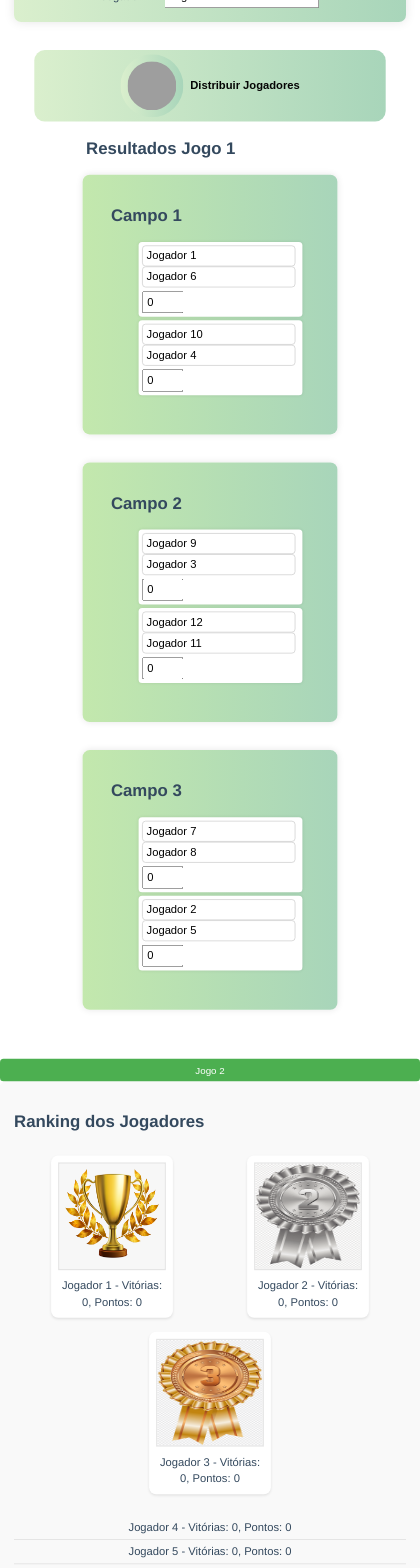
Repository: MarcioMiguel22/PadelMaster
Page: /calculadora, after clicking the first element matching `button.DistributeButton_2b358_distributeButton`
These files come from the project's save history. The page is drawn as it stood at one moment and after the next save; the edit follows.
The browser window is 600 px wide. The pictures show the part of the page from y = 731 to 2971 px (the page is 3247 px tall before and 3355 px after), at 70% of full size.
Pictures or frames that could not be fetched are drawn as grey boxes. The project was rebuilt for these pictures with package versions that can differ from the ones it lists, and the page was loaded fresh each time. Also part of the build but not shown: vite.config.ts, src/pages/Home/Home.tsx, src/pages/Player/playerComponent.tsx, src/index.css.

Above is the page before, as saved 2024-06-16 11:32:08.

### src/main.tsx
///home/marciomiguel/code/MarcioMiguel22/Sites/PadelMaster/src/main.tsx
import { render } from 'react-dom';
import { StrictMode } from 'react';
import App from './App';
import './index.css';

const root = document.getElementById('root')!;
render(
  <StrictMode>
    <App />
  </StrictMode>,
  root
);

### src/App.tsx

///home/marciomiguel/code/MarcioMiguel22/Sites/PadelMaster/src/App.tsx

import { BrowserRouter, Routes, Route } from 'react-router-dom';
import Home from './pages/Home/Home';
import Calculadora from './pages/Calculadora/Calculadora';
import PlayerComponent from './pages/Player/playerComponent';
function App() {
  return (
    <BrowserRouter>
      <Routes>
        <Route path="/" element={<Home />} />
        <Route path="/calculadora" element={<Calculadora />} /> // Wrap Calculadora component with curly braces
        <Route path="/player-component" element={<PlayerComponent />} />
      </Routes>
    </BrowserRouter>
  );
}

export default App

### src/pages/Home/Home.module.css
.padel-container {
  text-align: center;
  background-color: white;
  padding: 20px;
  border-radius: 10px;
  box-shadow: 0 0 10px rgba(0, 0, 0, 0.1);
}

h1 {
  color: #333;
  margin-bottom: 20px;
}

.padel-image {
  max-width: 50%;
  height: auto;
  border-radius: 10px;
  margin-bottom: 20px;
}

.enter-button {
  background-image: url('../../assets/images/tennis-ball.png'); /* Ensure the path is correct */
  background-size: cover;
  background-position: center;
  background-repeat: no-repeat;
  width: 60px;
  height: 60px;
  border: none;
  border-radius: 50%;
  cursor: pointer;
  padding: 0;
}

.enter-button:hover {
  transform: scale(1.1);
}

### src/pages/Calculadora/Calculadora.css
.calculadora-container {
  display: flex;
  flex-direction: column;
  align-items: center;
  gap: 20px;
}

.main-content {
  gap: 20px;
}

.jogadores-lista {
  background: linear-gradient(to right, #daefcd, #a8d5ba);
  display: flex;
  flex-direction: row;
  justify-content: center;
  flex-wrap: wrap;
  gap: 20px;
  width: 90%;
  max-width: 1100px;
  margin: 0 auto;
  padding: 50px;
  border-radius: 10px;
  box-shadow: 0 0 15px rgba(0, 0, 0, 0.1);
}

.jogadores-coluna {
  display: flex;
  flex-direction: column;
  align-items: center;
  gap: 10px;
}

.jogador-item {
  display: flex;
  align-items: center;
  margin-bottom: 10px;
}

.jogador-item label {
  margin-right: 10px;
}

.jogador-item input {
  padding: 5px;
  font-size: 16px;
}

.jogador-input {
  margin-right: 5px;
  padding: 5px;
  font-size: 16px;
  border: 1px solid #ccc;
  border-radius: 5px;
}

.distribute-button, .scroll-to-top {
  background-color: #4CAF50;
  color: white;
  padding: 10px 20px;
  border: none;
  border-radius: 5px;
  cursor: pointer;
  font-size: 16px;
  margin-top: 10px;
}

.distribute-button:hover, .scroll-to-top:hover {
  background-color: #45a049;
}

.fields-container {
  display: flex;
  flex-direction: column;
  align-items: center;
  margin-top: 20px;
}

.jogo {
  margin-bottom: 40px;
}

.campos {
  display: flex;
  justify-content: space-around;
}

.field {
  background: linear-gradient(to right, #c3e8ad, #a8d5ba);
  padding: 40px;
  border-radius: 10px;
  box-shadow: 0 0 10px rgba(0, 0, 0, 0.1);
  width: 30%;
}

.field h2 {
  margin-top: 0;
}

.team {
  list-style-type: none;
  padding: 5px;
  background-color: #fff;
  margin: 5px 0;
  border-radius: 5px;
  box-shadow: 0 0 5px rgba(0, 0, 0, 0.1);
  width: fit-content; /* Ajuste o valor conforme necessário */
}

.team.vencedor {
  background-color: #d4edda; /* Verde claro */
}

.team.perdedor {
  background-color: #f8d7da; /* Vermelho claro */
}

.team div {
  display: flex;
  align-items: center;
}

.team input.resultado-input {
  margin-left: 10px;
  width: 45px;
  padding: 5px;
  font-size: 16px;
}

.ranking-container {
  margin-top: 40px;
}

.ranking-container h2 {
  margin-bottom: 10px;
}

.ranking-container ul {
  list-style-type: none;
  padding: 0;
}

.ranking-container li {
  margin: 5px 0;
}



/* Media Queries para Mobile */
@media screen and (max-width: 767px) {
  .jogadores-lista {
    flex-direction: column;
    align-items: center;
    gap: 20px;
    padding: 10px;
  }

  .field {
    width: 80%;
    margin-bottom: 20px;
  }

  .campos {
    flex-direction: column;
    align-items: center;
    gap: 20px;
  }

  .distribute-button, .scroll-to-top {
    width: 100%;
    font-size: 14px;
    padding: 8px 16px;
  }

  .team div {
    flex-direction: column;
    align-items: flex-start;
  }

  .team input.resultado-input {
    margin-left: 0;
    margin-top: 5px;
  }
  .ranking-container {
    flex-flow: column;
    margin-top: 40px;
  }

  .ranking-container h2 {
    margin-bottom: 10px;
  }

  .ranking-container ul {
    list-style-type: none;
    padding: 0;
  }

  .ranking-container li {
    margin: 5px 0;
  }
}

/* Media Queries para Mobile */
@media screen and (max-width: 479px) {
  .jogadores-lista {
    flex-direction: column;
    align-items: center;
    gap: 20px;
    padding: 10px;
  }

  .field {
    width: 80%;
    margin-bottom: 20px;
  }

  .campos {
    flex-direction: column;
    align-items: center;
    gap: 20px;
  }

  .distribute-button, .scroll-to-top {
    width: 100%;
    font-size: 14px;
    padding: 8px 16px;
  }

  .team div {
    flex-direction: column;
    align-items: flex-start;
  }

  .team input.resultado-input {
    margin-left: 0;
    margin-top: 5px;
  }
  .ranking-container {
    flex-flow: column;
    margin-top: 40px;
  }

  .ranking-container h2 {
    margin-bottom: 10px;
  }

  .ranking-container ul {
    list-style-type: none;
    padding: 0;
  }

  .ranking-container li {
    margin: 5px 0;
  }
}

### src/components/components_calculadora/JogadoresLista.tsx
import React from 'react';
import JogadorItem from './JogadorItem';
import { Jogador } from '../../utils/types/types'; // Importando o tipo Jogador

interface JogadoresListaProps {
  jogadores: Jogador[];
  handleNomeChange: (id: number, novoNome: string) => void;
}

const JogadoresLista: React.FC<JogadoresListaProps> = ({ jogadores, handleNomeChange }) => (
  <div className="jogadores-lista">
    {Array.from({ length: 3 }, (_, i) => (
      <div className="jogadores-coluna" key={i}>
        {jogadores.slice(i * 4, (i + 1) * 4).map(jogador => (
          <JogadorItem
            key={jogador.id}
            jogador={jogador}
            handleNomeChange={handleNomeChange}
          />
        ))}
      </div>
    ))}
  </div>
);

export default JogadoresLista;

### src/components/components_calculadora/Jogo.tsx
import React from 'react';
import Campo from './Campo';
import { Campo as CampoType } from '../../utils/types/types'; // Importando o tipo Campo corretamente

interface JogoProps {
  jogo: CampoType[]; // Usando o tipo importado para definir a propriedade jogo
  jogoIndex: number;
  handleResultadoChange: (jogoIndex: number, campoId: number, timeIndex: number, novoResultado: number) => void;
  handleNomeEdit: (jogoIndex: number, campoId: number, timeIndex: number, jogadorIndex: number, novoNome: string) => void;
  getTeamClass: (campo: CampoType, timeIndex: number) => string;
}

const Jogo: React.FC<JogoProps> = ({ jogo, jogoIndex, handleResultadoChange, handleNomeEdit, getTeamClass }) => (
  <div className="jogo">
    <h2>Resultados Jogo {jogoIndex + 1}</h2>
    <div className="campos">
      {jogo.map(campo => (
        <Campo
          key={campo.id}
          campo={campo}
          jogoIndex={jogoIndex}
          handleResultadoChange={handleResultadoChange}
          handleNomeEdit={handleNomeEdit}
          getTeamClass={getTeamClass}
        />
      ))}
    </div>
  </div>
);

export default Jogo;

### src/components/components_calculadora/Ranking.tsx
import React from 'react';
import ouro from '../../assets/images/ouro.png';
import prata from '../../assets/images/prata.png';
import bronze from '../../assets/images/bronze.png';
import styles from './Ranking.module.css';

interface Jogador {
  id: number;
  nome: string;
  vitorias: number;
  pontos: number;
}

interface RankingProps {
  jogadoresClassificados: Jogador[];
}

const Ranking: React.FC<RankingProps> = ({ jogadoresClassificados }) => {
  const top3 = jogadoresClassificados.slice(0, 3);
  const outrosJogadores = jogadoresClassificados.slice(3);

  const medalhas = [ouro, prata, bronze];

  return (
    <div className={styles.rankingContainer}>
      <h2>Ranking dos Jogadores</h2>
      <div className={styles.top3Container}>
        {top3.map((jogador, index) => (
          <div key={jogador.id} className={styles.top3Item}>
            <img src={medalhas[index]} alt={`Medalha de ${index + 1}`} className={styles.medalha} />
            {jogador.nome} - Vitórias: {jogador.vitorias}, Pontos: {jogador.pontos}
          </div>
        ))}
      </div>
      <ul className={styles.outrosJogadores}>
        {outrosJogadores.map((jogador) => (
          <li key={jogador.id}>
            {jogador.nome} - Vitórias: {jogador.vitorias}, Pontos: {jogador.pontos}
          </li>
        ))}
      </ul>
    </div>
  );
};

export default Ranking;

### src/components/components_calculadora/logic/gameLogic.ts
import { Jogador, Campo as CampoType } from '../../../utils/types/types';

export const separarDuplas = (jogadores: Jogador[]): Jogador[] => {
  const separados: Jogador[] = [];
  while (jogadores.length) {
    const [jogador1, jogador2] = jogadores.splice(0, 2);
    separados.push(jogador1);
    if (jogador2) separados.push(jogador2);
  }
  return separados;
};

export const iniciarProximoJogo = (jogos: CampoType[][], setJogos: React.Dispatch<React.SetStateAction<CampoType[][]>>) => {
  const ultimoJogo = jogos[jogos.length - 1];
  const novosCampos: CampoType[] = [
    { id: 1, times: [] },
    { id: 2, times: [] },
    { id: 3, times: [] },
  ];

  const campo1 = ultimoJogo.find(campo => campo.id === 1);
  const campo2 = ultimoJogo.find(campo => campo.id === 2);
  const campo3 = ultimoJogo.find(campo => campo.id === 3);

  if (campo1 && campo2 && campo3) {
    const [time1Campo1, time2Campo1] = campo1.times;
    const [time1Campo2, time2Campo2] = campo2.times;
    const [time1Campo3, time2Campo3] = campo3.times;

    // Vencedores e perdedores dos campos
    const vencedoresCampo1 = time1Campo1.resultado > time2Campo1.resultado ? time1Campo1.jogadores : time2Campo1.jogadores;
    const perdedoresCampo1 = time1Campo1.resultado > time2Campo1.resultado ? time2Campo1.jogadores : time1Campo1.jogadores;

    const vencedoresCampo2 = time1Campo2.resultado > time2Campo2.resultado ? time1Campo2.jogadores : time2Campo2.jogadores;
    const perdedoresCampo2 = time1Campo2.resultado > time2Campo2.resultado ? time2Campo2.jogadores : time1Campo2.jogadores;

    const vencedoresCampo3 = time1Campo3.resultado > time2Campo3.resultado ? time1Campo3.jogadores : time2Campo3.jogadores;
    const perdedoresCampo3 = time1Campo3.resultado > time2Campo3.resultado ? time2Campo3.jogadores : time1Campo3.jogadores;

    // Atualizar pontuação dos jogadores
    const margemVitoriaCampo1 = Math.abs(time1Campo1.resultado - time2Campo1.resultado);
    const margemVitoriaCampo2 = Math.abs(time1Campo2.resultado - time2Campo2.resultado);
    const margemVitoriaCampo3 = Math.abs(time1Campo3.resultado - time2Campo3.resultado);

    vencedoresCampo1.forEach(jogador => {
      jogador.vitorias += 1;
      jogador.pontos += margemVitoriaCampo1;
    });

    vencedoresCampo2.forEach(jogador => {
      jogador.vitorias += 1;
      jogador.pontos += margemVitoriaCampo2;
    });

    vencedoresCampo3.forEach(jogador => {
      jogador.vitorias += 1;
      jogador.pontos += margemVitoriaCampo3;
    });

    // Campo 1: vencedores do campo 1 e vencedores do campo 2
    novosCampos[0].times.push(
      { jogadores: [vencedoresCampo1[0], vencedoresCampo2[0]], resultado: 0 },
      { jogadores: [vencedoresCampo1[1], vencedoresCampo2[1]], resultado: 0 }
    );

    // Campo 2: perdedores do campo 1 e vencedores do campo 3
    novosCampos[1].times.push(
      { jogadores: [perdedoresCampo1[0], vencedoresCampo3[0]], resultado: 0 },
      { jogadores: [perdedoresCampo1[1], vencedoresCampo3[1]], resultado: 0 }
    );

    // Campo 3: perdedores do campo 2 e perdedores do campo 3
    novosCampos[2].times.push(
      { jogadores: [perdedoresCampo2[0], perdedoresCampo3[0]], resultado: 0 },
      { jogadores: [perdedoresCampo2[1], perdedoresCampo3[1]], resultado: 0 }
    );
  }

  setJogos([...jogos, novosCampos]);
};

### src/components/components_calculadora/ScrollToTopButton.tsx
import React from 'react';
import tennisBall from '../../assets/images/tennis-ball.png';
import styles from './ScrollToTopButton.module.css'; // Importando o arquivo CSS Module

const ScrollToTopButton: React.FC = () => {
  const scrollToTop = () => {
    window.scrollTo({ top: 0, behavior: 'smooth' });
  };

  return (
    <button onClick={scrollToTop} className={styles.scrollToTop}>
      <img src={tennisBall} alt="Tennis Ball" className={styles.tennisBall} />
      <span className={styles.arrowUp}>↑</span>
    </button>
  );
};

export default ScrollToTopButton;

### src/components/components_calculadora/DistributeButton.tsx
import React from 'react';
import tennisBall from '../../assets/images/tennis-ball.png';
import styles from './DistributeButton.module.css'; // Importando o arquivo CSS Module

const DistributeButton: React.FC<{ onClick: () => void }> = ({ onClick }) => {
  return (
    <div className={styles.container}>
      <button onClick={onClick} className={styles.distributeButton}>
        <img src={tennisBall} alt="Tennis Ball" className={styles.tennisBall} />
        <span className={styles.label}>Distribuir Jogadores</span>
      </button>
    </div>
  );
};

export default DistributeButton;

### src/pages/Player/playerComponent.module.css
/* playerComponent.module.css */

/* Root Variables */
:root {
  --primary-color: #2c3e50;
  --secondary-color: #ecf0f1;
  --accent-color: #e74c3c;
  --text-color: #34495e;
  --background-color: #ffffff;
  --border-color: #bdc3c7;
  --link-color: #2980b9;
  --font-family: 'Helvetica Neue', Arial, sans-serif;
  --font-size: 16px;
  --line-height: 1.5;
}

body {
  font-family: var(--font-family);
  font-size: var(--font-size);
  line-height: var(--line-height);
  color: var(--text-color);
  background-color: var(--background-color);
  margin: 0;
  padding: 0;
}

.navigation-bar {
  background-color: var(--primary-color);
  color: var(--secondary-color);
  padding: 10px 0;
}

.container {
  width: 90%;
  max-width: 1200px;
  margin: 0 auto;
  display: flex;
  justify-content: space-between;
  align-items: center;
}

.nav-brand .site-name {
  font-size: 24px;
  font-weight: bold;
  color: var(--secondary-color);
}

.navigation-menu {
  display: flex;
  gap: 15px;
}

.navigation-link {
  color: var(--secondary-color);
  text-decoration: none;
  font-size: 18px;
}

.navigation-link:hover {
  color: var(--accent-color);
}

.menu-button .nav-icon-menu {
  width: 30px;
  height: 3px;
  background-color: var(--secondary-color);
  margin: 5px 0;
}

.content-wrapper {
  padding: 20px 0;
}

.row {
  display: flex;
}

.sidebar {
  width: 25%;
}

.content-column {
  width: 75%;
}

.white-wrapper {
  background-color: var(--background-color);
  padding: 20px;
  border: 1px solid var(--border-color);
  border-radius: 10px;
}

.circle-profile {
  width: 100px;
  height: 100px;
  border-radius: 50%;
  display: block;
  margin: 0 auto 10px;
}

.site-description {
  text-align: center;
  margin: 10px 0;
}

.grey-rule {
  height: 1px;
  background-color: var(--border-color);
  margin: 20px 0;
}

.small-heading {
  font-size: 18px;
  font-weight: bold;
  color: var(--text-color);
  margin-bottom: 10px;
}

.feature-posts-list .post-item {
  margin-bottom: 10px;
}

.small-post-link {
  text-decoration: none;
  color: var(--link-color);
  font-size: 16px;
}

.small-post-link:hover {
  color: var(--accent-color);
}

.social-link-group {
  display: flex;
  justify-content: space-around;
  margin: 20px 0;
}

.social-icon-link img {
  width: 25px;
  height: 25px;
}

.built-with-webflow {
  text-align: center;
  margin-top: 10px;
  font-size: 14px;
}

.webflow-link {
  color: var(--link-color);
  text-decoration: none;
}

.webflow-link:hover {
  color: var(--accent-color);
}

.post-wrapper {
  background-color: var(--background-color);
  padding: 20px;
  border: 1px solid var(--border-color);
  border-radius: 10px;
  margin-bottom: 20px;
}

.post-content .row {
  display: flex;
}

.blog-image {
  display: block;
  width: 100%;
  height: auto;
  background-color: var(--border-color);
  text-align: center;
  padding: 20px;
  color: var(--text-color);
  text-decoration: none;
  font-size: 16px;
}

.blog-title-link {
  text-decoration: none;
  color: var(--text-color);
}

.blog-title-link:hover {
  color: var(--accent-color);
}

.blog-title {
  font-size: 24px;
  margin: 0 0 10px;
}

.details-wrapper {
  display: flex;
  align-items: center;
  gap: 10px;
  margin-bottom: 10px;
}

.post-info {
  font-size: 14px;
  color: var(--text-color);
}

.when-link {
  text-decoration: none;
  color: var(--link-color);
}

.when-link:hover {
  color: var(--accent-color);
}

.post-summary-wrapper {
  margin-bottom: 10px;
}

.post-summary {
  font-size: 16px;
  color: var(--text-color);
}

.read-more-link {
  text-decoration: none;
  color: var(--link-color);
  font-size: 14px;
}

.read-more-link:hover {
  color: var(--accent-color);
}

.button-wrapper {
  text-align: center;
  margin-top: 20px;
}

.button {
  background-color: var(--primary-color);
  color: var(--secondary-color);
  border: none;
  padding: 10px 20px;
  border-radius: 5px;
  font-size: 16px;
  cursor: pointer;
  transition: background-color 0.3s;
}

.button:hover {
  background-color: var(--accent-color);
}

.sidebar-on-mobile {
  display: none;
}

@media (max-width: 768px) {
  .row {
    flex-direction: column;
  }

  .sidebar {
    display: none;
  }

  .content-column {
    width: 100%;
  }

  .sidebar-on-mobile {
    display: block;
    margin-top: 20px;
  }
}

### src/components/components_calculadora/JogadorItem.tsx
import React from 'react';
import { Jogador } from '../../utils/types/types'; // Importando o tipo Jogador

interface JogadorItemProps {
  jogador: Jogador;
  handleNomeChange: (id: number, novoNome: string) => void;
}

const JogadorItem: React.FC<JogadorItemProps> = ({ jogador, handleNomeChange }) => (
  <div className="jogador-item">
    <label>{`Jogador ${jogador.id}`}</label>
    <input
      type="text"
      value={jogador.nome}
      onChange={(e) => handleNomeChange(jogador.id, e.target.value)}
    />
  </div>
);

export default JogadorItem;

### src/components/components_calculadora/Campo.tsx
import React from 'react';
import { Campo as CampoType, Time, Jogador } from '../../utils/types/types'; // Corrigindo a importação dos tipos

interface CampoProps {
  campo: CampoType;
  jogoIndex: number;
  handleResultadoChange: (jogoIndex: number, campoId: number, timeIndex: number, novoResultado: number) => void;
  handleNomeEdit: (jogoIndex: number, campoId: number, timeIndex: number, jogadorIndex: number, novoNome: string) => void;
  getTeamClass: (campo: CampoType, timeIndex: number) => string;
}

const Campo: React.FC<CampoProps> = ({ campo, jogoIndex, handleResultadoChange, handleNomeEdit, getTeamClass }) => (
  <div className="field">
    <h2>Campo {campo.id}</h2>
    <ul>
      {campo.times.map((time: Time, idx: number) => (
        <li key={idx} className={getTeamClass(campo, idx)}>
          <div>
            {time.jogadores.map((jogador: Jogador, jogadorIndex: number) => (
              <span key={jogador.id}>
                <input
                  type="text"
                  value={jogador.nome}
                  onChange={(e) => handleNomeEdit(jogoIndex, campo.id, idx, jogadorIndex, e.target.value)}
                  className="jogador-input"
                />
                {jogadorIndex === 0 ? '  ' : ''}
              </span>
            ))}
            <input
              type="number"
              value={time.resultado}
              onChange={(e) => handleResultadoChange(jogoIndex, campo.id, idx, parseInt(e.target.value))}
              className="resultado-input"
            />
          </div>
        </li>
      ))}
    </ul>
  </div>
);

export default Campo;

### src/components/components_calculadora/Ranking.module.css
.rankingContainer {
  padding: 20px;
  background-color: #f9f9f9;
  border-radius: 10px;
  box-shadow: 0 4px 8px rgba(0, 0, 0, 0.1);
}

.top3Container {
  display: flex;
  justify-content: space-around;
  margin-bottom: 20px;
  flex-wrap: wrap; /* Ensure items wrap in smaller screens */
}

.top3Item {
  display: flex;
  flex-direction: column;
  align-items: center;
  padding: 10px;
  background-color: #ffffff;
  border-radius: 10px;
  box-shadow: 0 2px 4px rgba(0, 0, 0, 0.1);
  text-align: center;
  margin: 10px; /* Added margin to ensure spacing between items */
  flex-basis: calc(33.33% - 20px); /* Ensure items take equal width, minus margins */
  box-sizing: border-box; /* Ensure padding is included in the element's width */
}

.medalha {
  width: 150px;
  height: 150px;
  margin-bottom: 10px;
  transition: transform 0.3s ease-in-out;
  object-fit: initial;
  background-color: transparent; /* Certifique-se de que o fundo é transparente */
  border: 2px solid rgba(0, 0, 0, 0.1); /* Adicione uma borda leve para verificar a transparência */
}


.medalha:hover {
  transform: scale(8);
  animation: pulse 1s infinite;
}

@keyframes pulse {
  0% {
    transform: scale(1.2);
  }
  50% {
    transform: scale(1.25);
  }
  100% {
    transform: scale(1.2);
  }
}

.outrosJogadores {
  list-style-type: none;
  padding: 0;
}

.outrosJogadores li {
  padding: 5px 0;
  border-bottom: 1px solid #ddd;
  text-align: center;
}

/* Media Queries for Smaller Screens */
@media screen and (max-width: 767px) {
  .top3Item {
    flex-basis: 25%; /* Two items per row on smaller screens */
  }
}

@media screen and (max-width: 479px) {
  .top3Item {
    flex-basis: 25%; /* One item per row on the smallest screens */
  }
}

### src/components/components_calculadora/ScrollToTopButton.module.css
.scrollToTop {
  position: fixed;
  bottom: 20px;
  left: 97%;
  transform: translateX(-50%);
  width: 70px;
  height: 70px;
  border: none;
  background: none;
  cursor: pointer;
  display: flex;
  align-items: center;
  justify-content: center;
}

.tennisBall {
  width: 100%;
  height: 100%;
  position: absolute;
  border-radius: 50%; /* Para garantir que o fundo se ajuste à forma da bola */
}

.arrowUp {
  position: absolute;
  font-size: 35px;
  color: rgb(5, 5, 5);
  font-weight: bold;
  z-index: 1;
}
@media (max-width: 768px) {
  .scrollToTop {
    display: none;
  }
}

### src/components/components_calculadora/DistributeButton.module.css
.container {
  width: 500px;
  height: 100px;
  background: linear-gradient(to right, #daefcd, #a8d5ba);
  padding: 1px;
  border-radius: 15px;
  display: flex;
  justify-content: center;
  align-items: center;
  margin-top: 20px;
}

.distributeButton {
  position: relative; /* Ajuste a posição conforme necessário */
  width: auto;
  height: 70px;
  border: none;
  background: none;
  cursor: pointer;
  display: flex;
  align-items: center;
  justify-content: center;
  flex-direction: row; /* Altera para linha */
}

.tennisBall {
  width: 70px;
  height: 70px;
  background: linear-gradient(to right, #daefcd, #a8d5ba); /* Adiciona fundo à imagem */
  border-radius: 50%; /* Para garantir que o fundo se ajuste à forma da bola */
  padding: 10px; /* Ajuste o padding conforme necessário */
}

.label {
  font-size: 16px;
  color: rgb(5, 5, 5);
  font-weight: bold;
  margin-left: 10px; /* Espaço entre a bola e o texto */
}

Loaded but not shown: index.html (common file); src/pages/Calculadora/Calculadora.tsx (142 lines, source omitted)

After the next save:
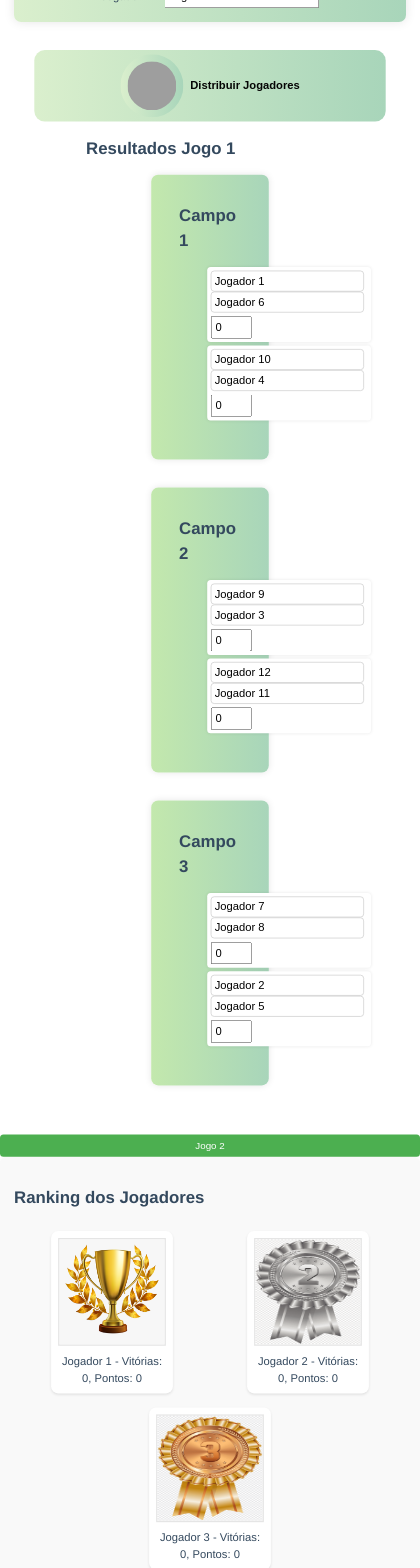
Saved 5 min 57 s later.
--- a/src/pages/Calculadora/Calculadora.css
+++ b/src/pages/Calculadora/Calculadora.css
@@ -156,7 +156,7 @@
   }
 
   .field {
-    width: 80%;
+    width: 25%;
     margin-bottom: 20px;
   }
 
